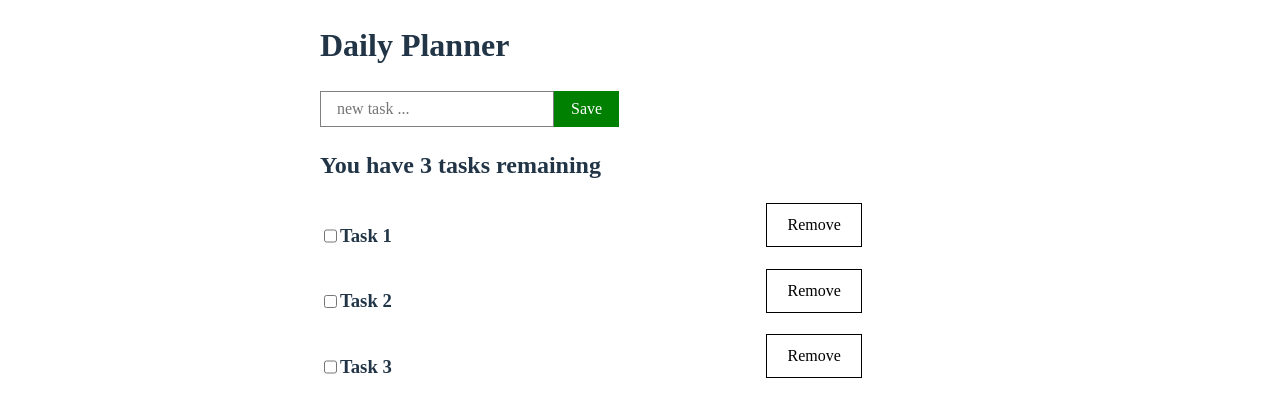
Repository: SamanthaYan298/my_planner
Page: /
These files come from the project's save history. The page is drawn as it stood at one moment and after the next save; the edit follows.
The browser window is 1280 px wide. The pictures show the whole page.
The project was rebuilt for these pictures with package versions that can differ from the ones it lists, and the page was loaded fresh each time. Also part of the build but not shown: vite.config.js.

Above is the page before, as saved 2024-10-08 00:30:52.

After the next save:
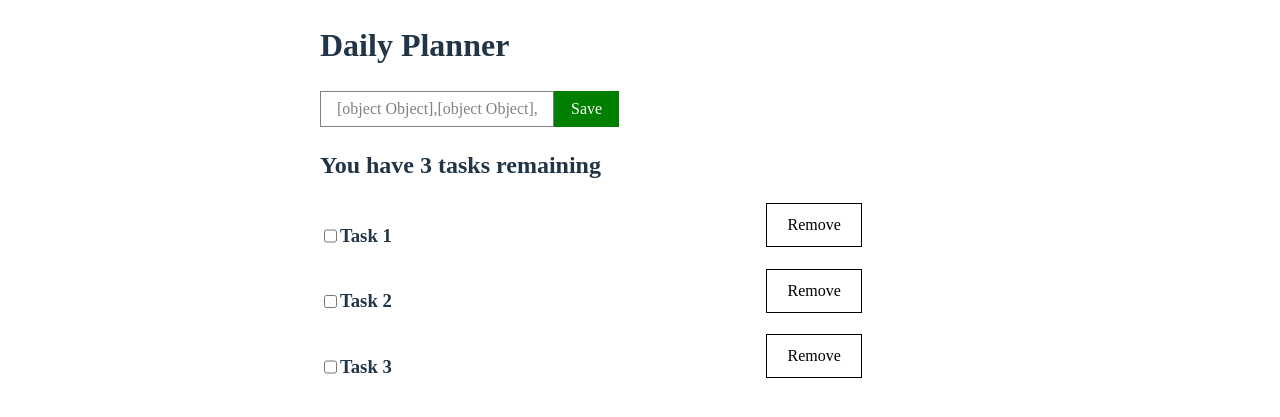
Saved 2 min 16 s later.
--- a/src/App.jsx
+++ b/src/App.jsx
@@ -21,7 +21,7 @@
 
 function App() {
 
-  const [tasks, setTasks] = useState(""); // hold the current list of tasks and update the tasks.
+  const [tasks, setTasks] = useState(data); // hold the current list of tasks and update the tasks.
   const [addTask, setAddTask] = useState(data);
 
   function handleChange(e) {

After the save that followed:
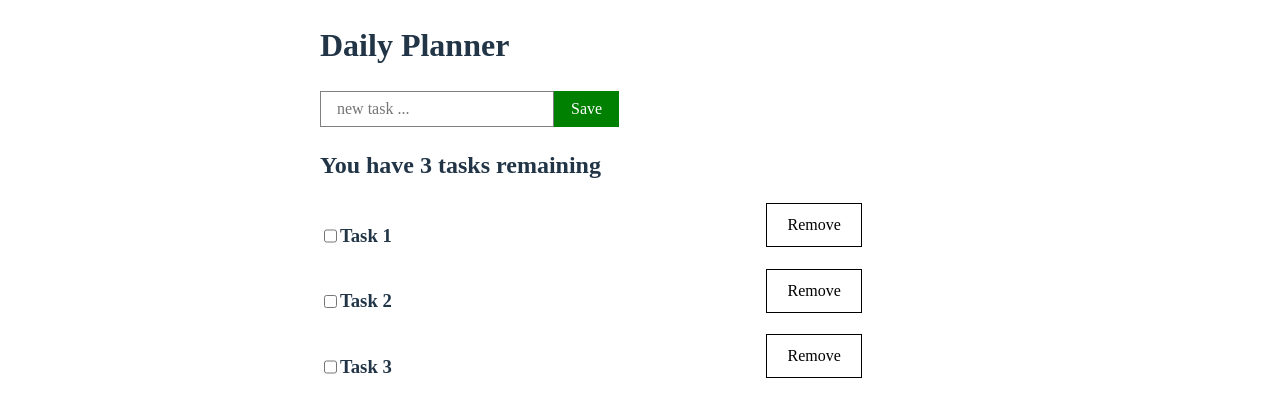
Saved 10 s later.
--- a/src/App.jsx
+++ b/src/App.jsx
@@ -21,7 +21,7 @@
 
 function App() {
 
-  const [tasks, setTasks] = useState(data); // hold the current list of tasks and update the tasks.
+  const [tasks, setTasks] = useState(""); // hold the current list of tasks and update the tasks.
   const [addTask, setAddTask] = useState(data);
 
   function handleChange(e) {
